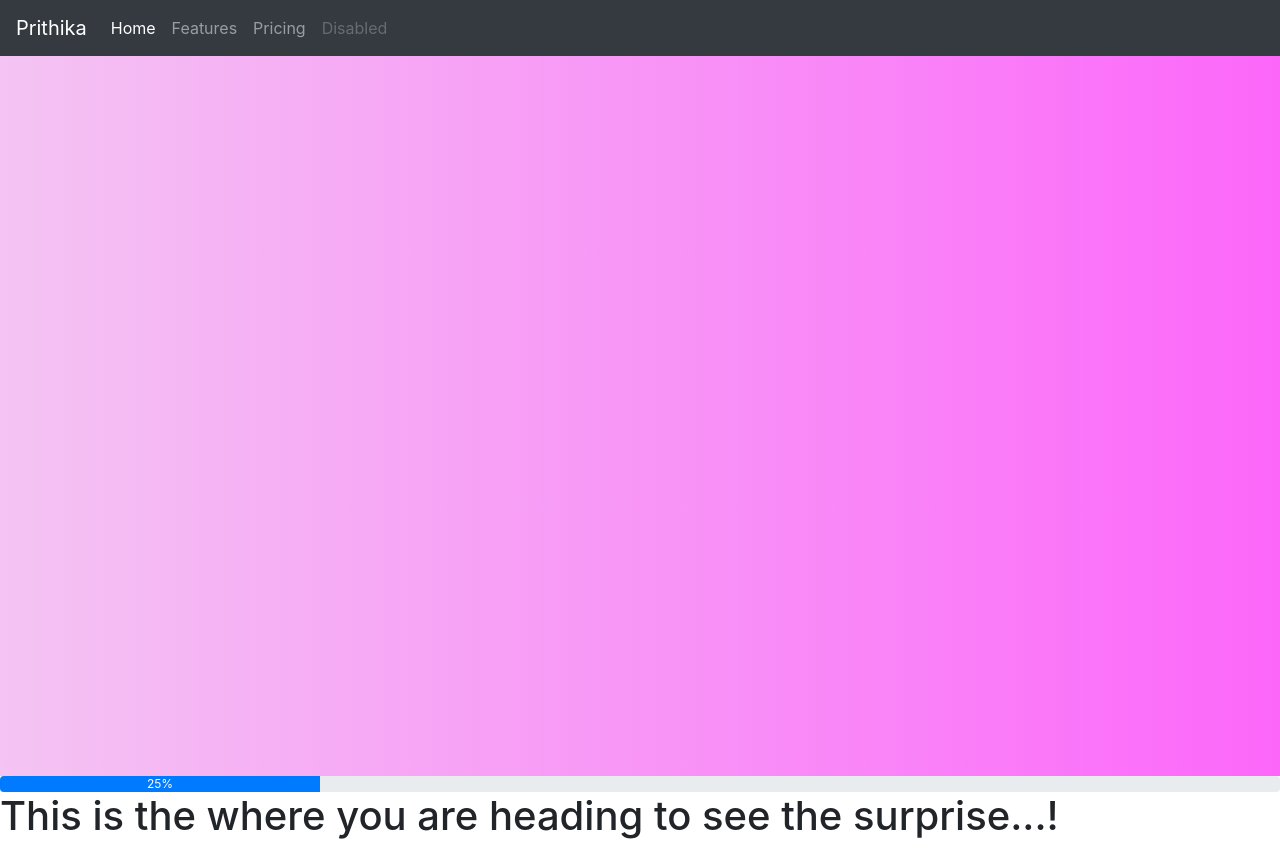
Repository: Imprasna/pritk
Page: index.html
An editor plug-in stored every save of this project. The page is shown before and after the next save, followed by the edit.
The browser window is 1280 px wide. The pictures show the whole page.

Above is the page before, as saved 2021-12-15 14:17:59.

After the next save:
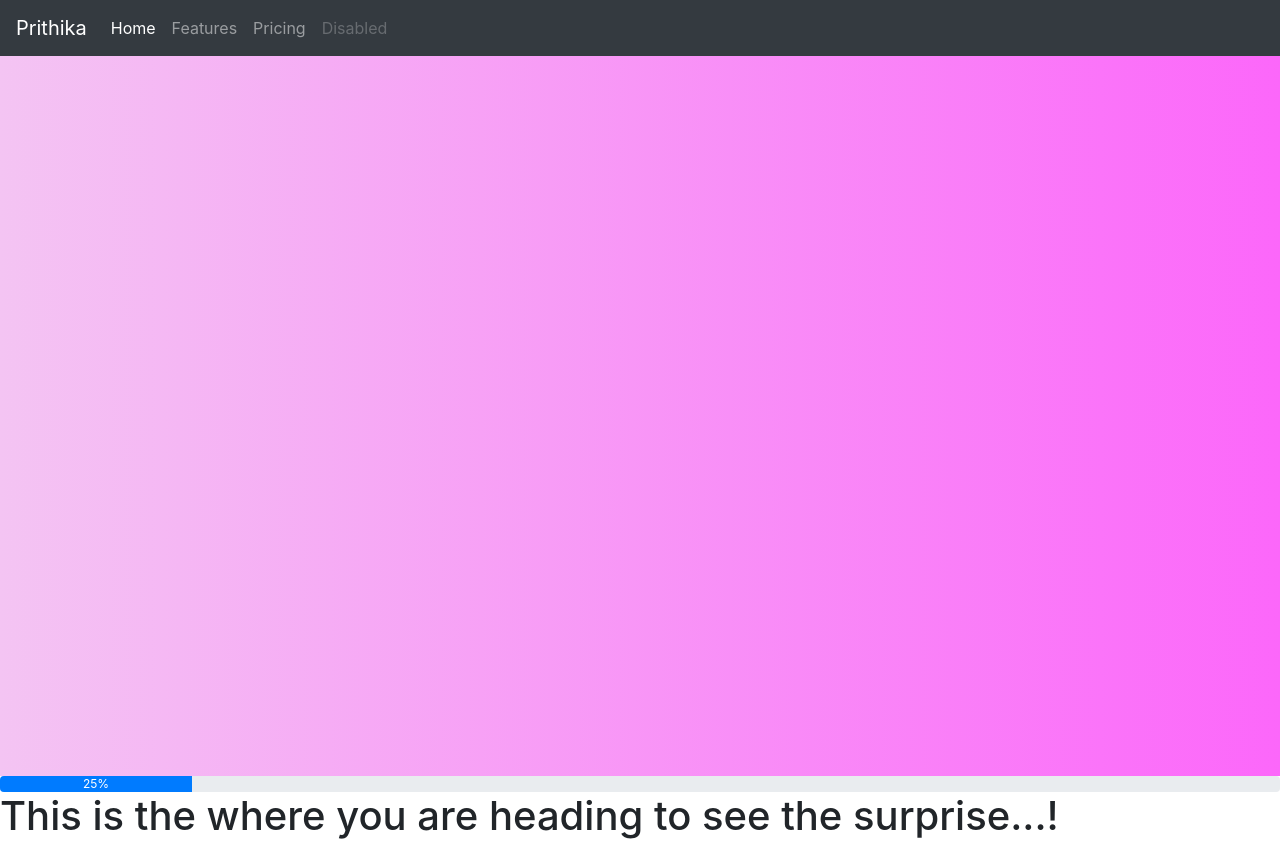
Saved 24 s later.
--- a/index.html
+++ b/index.html
@@ -47,7 +47,7 @@
             </div>
         </section>
         <div class="progress">
-            <div class="progress-bar" role="progressbar" style="width: 25%;" aria-valuenow="25" aria-valuemin="0" aria-valuemax="100">25%</div>
+            <div class="progress-bar" role="progressbar" style="width: 15%;" aria-valuenow="25" aria-valuemin="0" aria-valuemax="100">25%</div>
           </div>
         <h1>This is the where you are heading to see the surprise...!</h1>
     </main>
